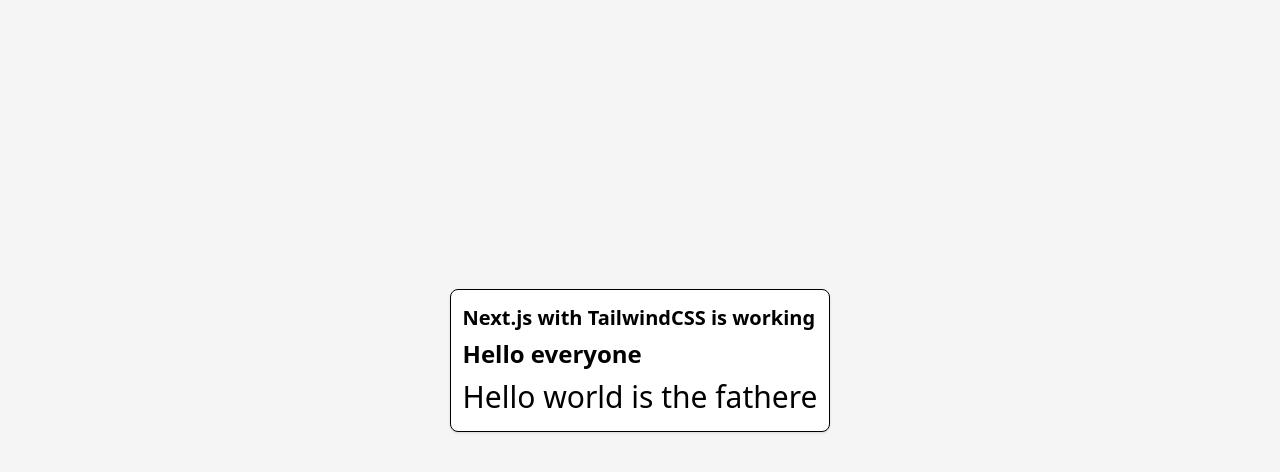
Repository: vignesh33654/resizablesidebar
Page: /
An editor plug-in stored every save of this project. The page is shown before and after the next save, followed by the edit.
The browser window is 1280 px wide. The pictures show the whole page.
The project was rebuilt for these pictures with package versions that can differ from the ones it lists, and the page was loaded fresh each time.

Above is the page before, as saved 2025-11-11 12:13:07.

### index.html
<!doctype html>
<html lang="en">
  <head>
    <meta charset="UTF-8" />
    <link rel="icon" type="image/svg+xml" href="/vite.svg" />
    <meta name="viewport" content="width=device-width, initial-scale=1.0" />
    <title>ai-app</title>
  </head>
  <body>
    <div id="root"></div>
    <script type="module" src="/src/main.tsx"></script>
  </body>
</html>

### src/index.css
@import "tailwindcss";

@theme {

  --font-display: "inter";

  --color-primary: #37352f;
  --color-secondary: #ff0000;
  --color-tertiary: #ff00ff;
  --color-disabled: #d5d5d4;
  --color-white: #ffffff;
  --color-primary: #0d99ff;
  --color-success: #14ae5c;
  --color-failure: #f24822;
  --color-warning: #ffcd29;
  --color-Bg-0: #ffffff;
  --color-Bg-1: #f5f5f5;
  --color-Bg-2: #f1f0f1;
  --color-border-primary:#e6e6e6;


--text-h1: 30px;
--text-h2: 24px;
--text-h3: 20px;
--text-body-16: 16px;
--text-body-14: 14px;
--text-body-13: 13px;
--text-small-12: 12px;
--text-small-11: 11px;
--text-small-10: 10px;
}
@layer base {
  h1 {
    font-size: var(--text-h1);
    font-weight: 600;
    line-height: 40px;
    letter-spacing: -2.1%;
  }
  h2 {
    font-size: var(--text-h2);
    font-weight: 600;
    line-height: 32px;
    letter-spacing: -1.9%;
  }
  h3 {
    font-size: var(--text-h3);
    font-weight: 600;
    line-height: 32px;
    letter-spacing: -1.7%;
  }
  p {
    font-size: var(--text-body-16);
    font-weight: 400;
    line-height: 24px;
    letter-spacing: -1.1%;
  }
}

### src/App.tsx


export default function App() {
  return (
    <div className="min-h-screen bg-Bg-1 flex items-center justify-center p-8">
      <div className="bg-Bg-0 border border-border-Primary rounded-lg p-3 flex gap-3 max-w-[620px] shadow-sm">
        {/* Content */}
        <div className="flex flex-col gap-1">
          <h3>
            Next.js with TailwindCSS is working
          </h3>
          <h2>Hello everyone</h2>
          <div className="text-h1">
            Hello world is the fathere
          </div>
      </div>
      </div>
    </div>
  )
}

Loaded but not shown: src/main.tsx (common file)

After the next save:
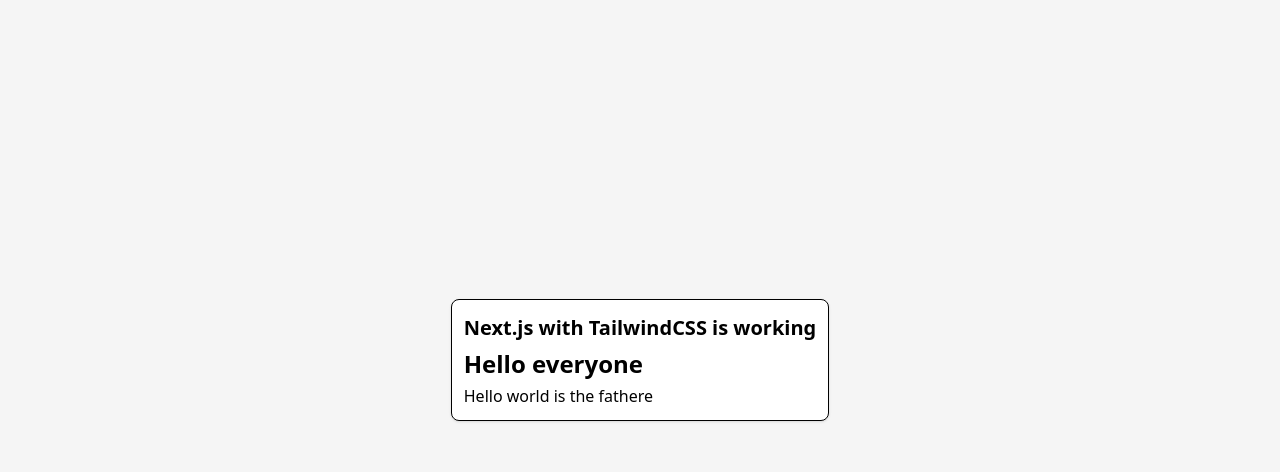
Saved 8 s later.
--- a/src/App.tsx
+++ b/src/App.tsx
@@ -10,7 +10,7 @@
             Next.js with TailwindCSS is working
           </h3>
           <h2>Hello everyone</h2>
-          <div className="text-h1">
+          <div className="text-">
             Hello world is the fathere
           </div>
       </div>
